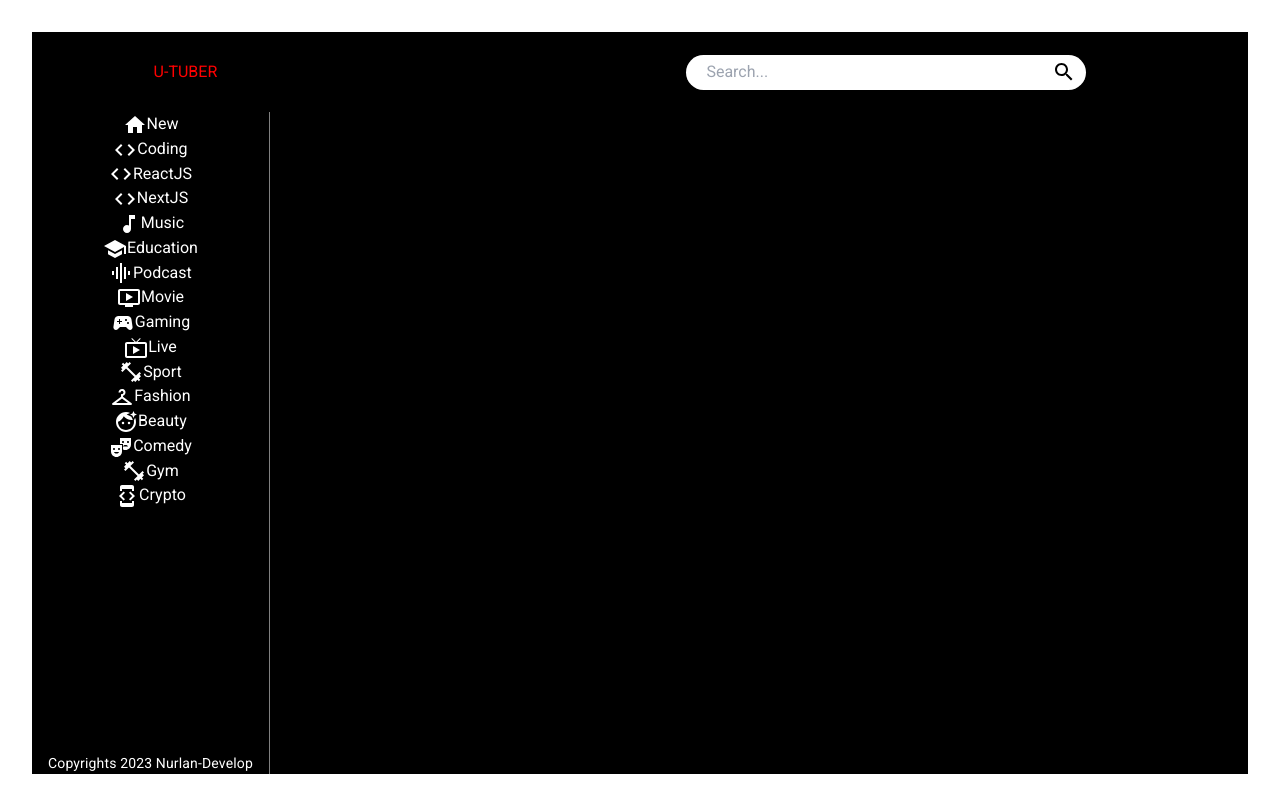
Repository: Nurlan-Bakenbaev/YoutubeClone
Page: /
These files come from the project's save history. The page is drawn as it stood at one moment and after the next save; the edit follows.
The browser window is 1280 px wide. The pictures show the whole page.
The project was rebuilt for these pictures with package versions that can differ from the ones it lists, and the page was loaded fresh each time. Also part of the build but not shown: vite.config.js, src/components/VideoDetails.jsx, src/components/SearchFeed.jsx, src/components/ChannelDetails.jsx.

Above is the page before, as saved 2023-09-06 10:00:51.

After the next save:
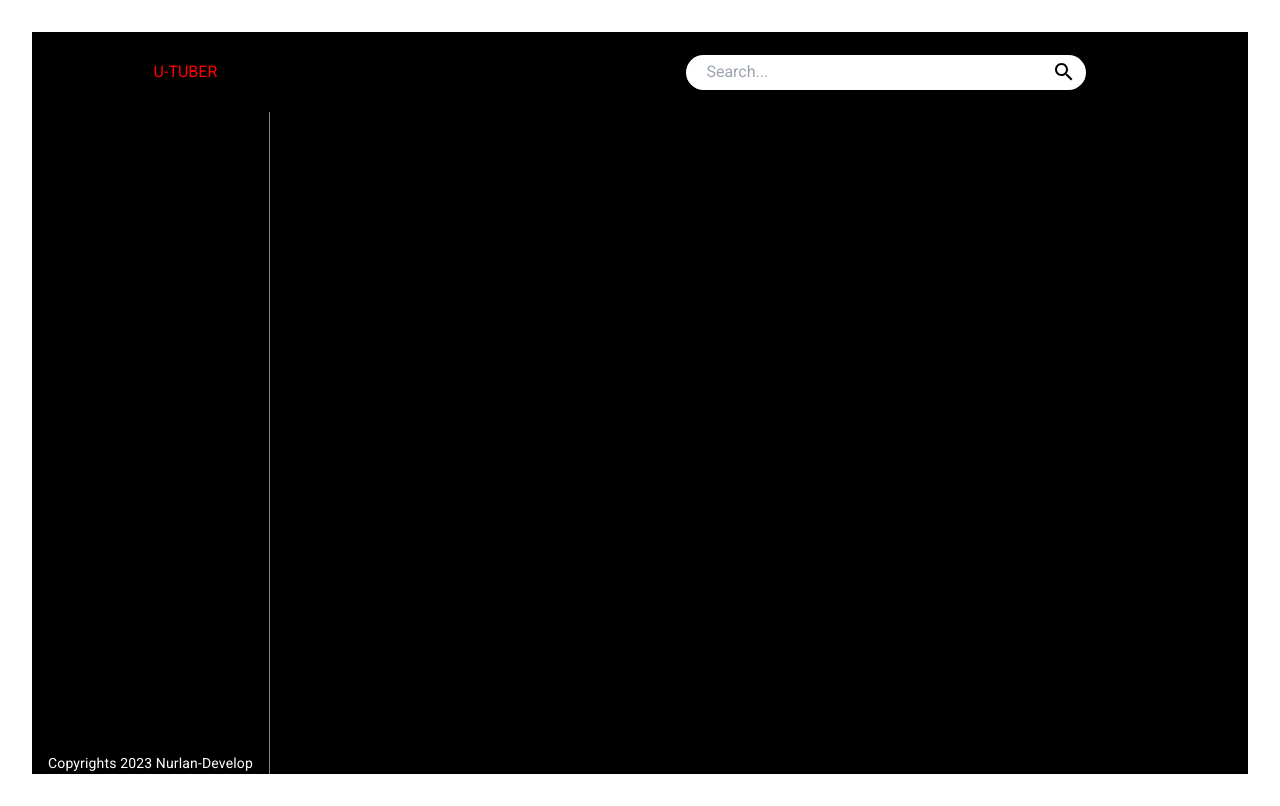
Saved 8 s later.
--- a/src/components/SideBar.jsx
+++ b/src/components/SideBar.jsx
@@ -10,7 +10,7 @@
       height: { sx: "auto", md: "95%" },
     flexDirection:{md:'column'} }}>
       {categories.map((cat) => (
-        <button className="text-white">
+        <button>
           <span> {cat.icon}</span>
           <span>{cat.name}</span>
         </button>

After the 3 saves that followed:
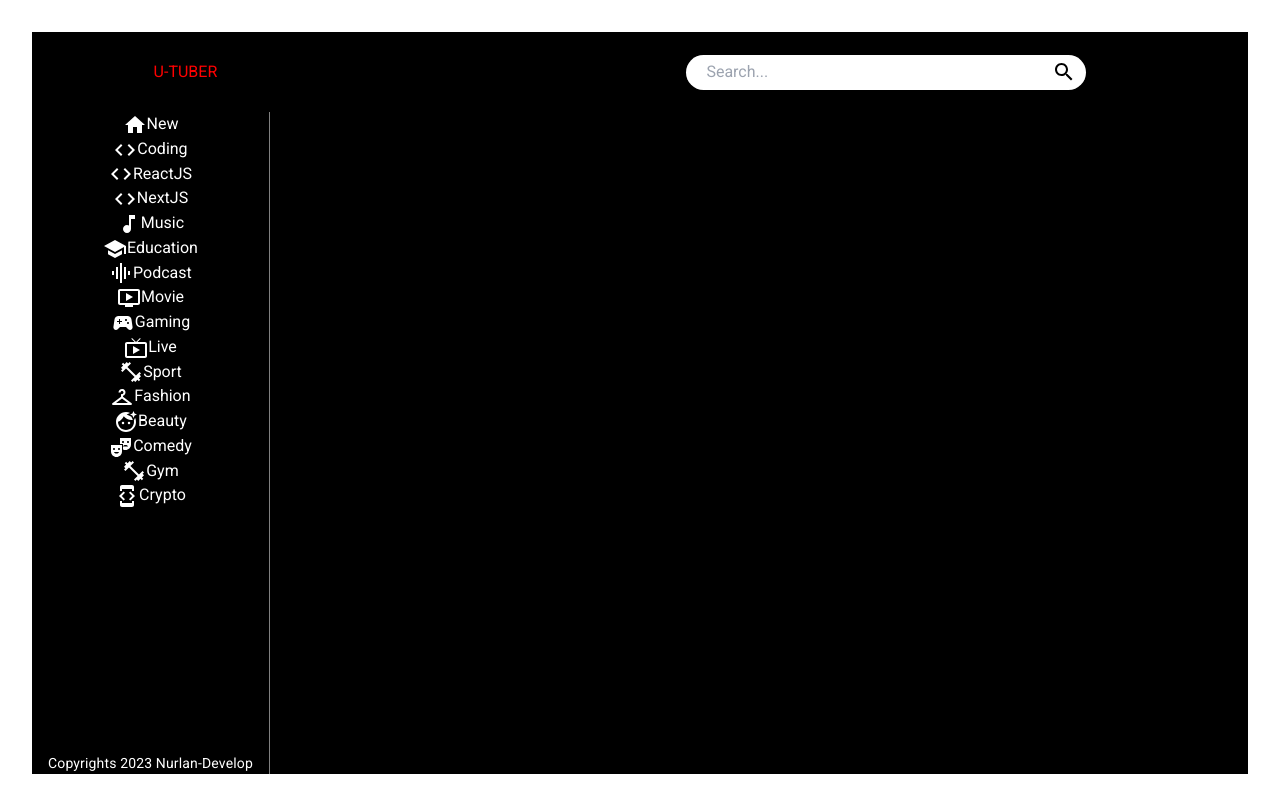
The 3 saves are shown as one change because 2 left the picture as it was.
The last was saved 76 s later.
--- a/src/components/SideBar.jsx
+++ b/src/components/SideBar.jsx
@@ -10,7 +10,7 @@
       height: { sx: "auto", md: "95%" },
     flexDirection:{md:'column'} }}>
       {categories.map((cat) => (
-        <button>
+        <button className="text-white">
           <span> {cat.icon}</span>
           <span>{cat.name}</span>
         </button>
